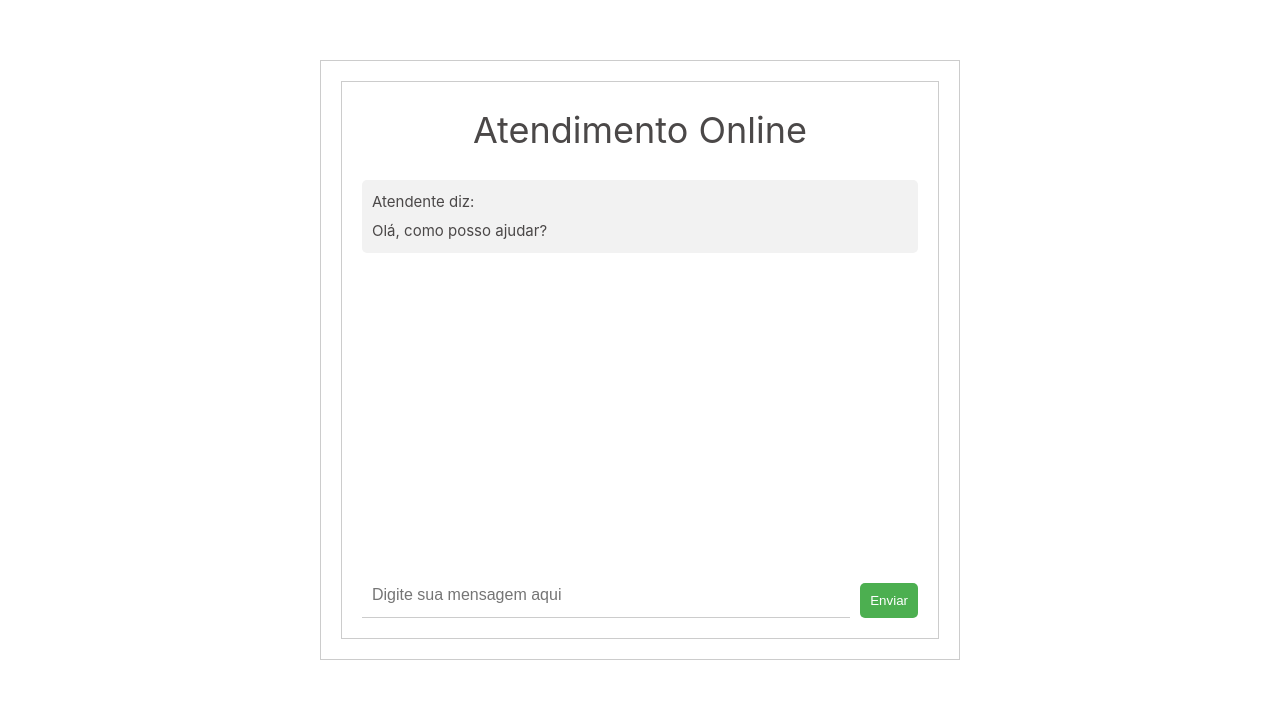
Repository: GabrielGuinzani/vueChat
Page: /
An editor plug-in stored every save of this project. The page is shown before and after the next save, followed by the edit.
The browser window is 1280 px wide. The pictures show the whole page.
Some web libraries are served in a nearby version. The project was rebuilt for these pictures with package versions that can differ from the ones it lists, and the page was loaded fresh each time. Also part of the build but not shown: vite.config.js.

Above is the page before, as saved 2023-04-19 12:03:10.

After the next save:
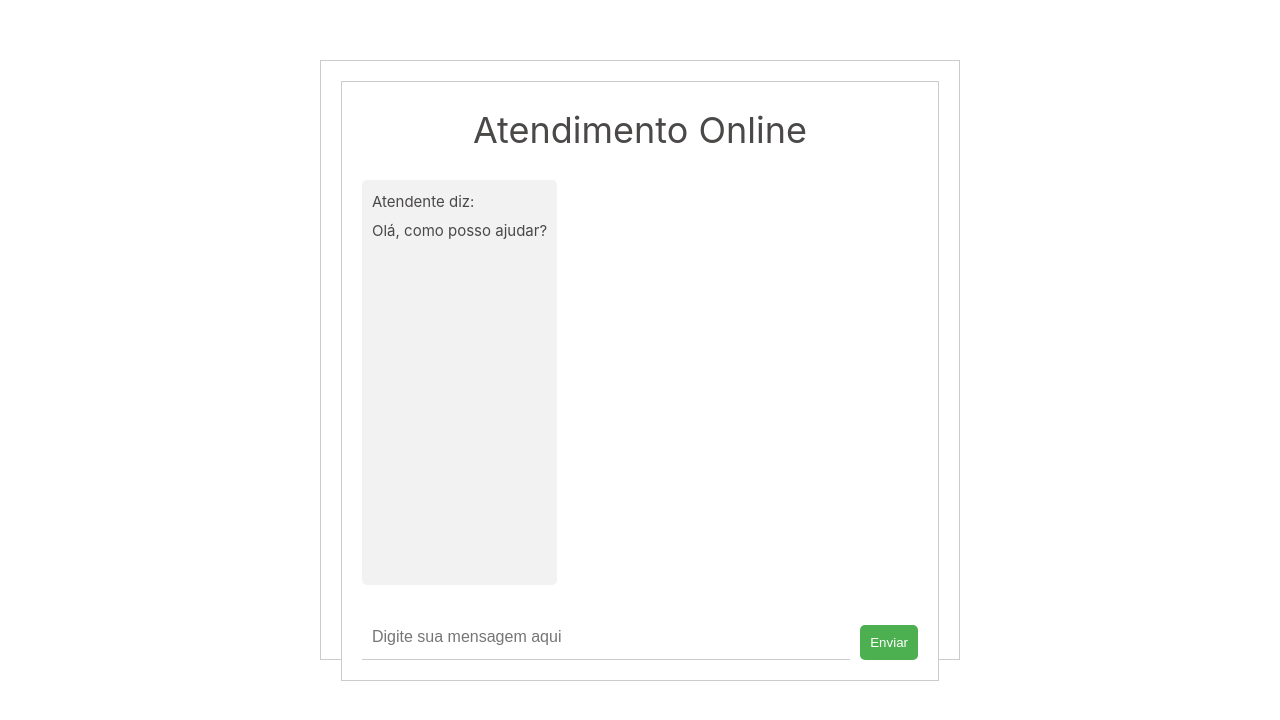
Saved 32 s later.
--- a/src/App.vue
+++ b/src/App.vue
@@ -81,7 +81,7 @@
 }
 
 .messages-list {
-  flex: 1;
+  display: flex;
   overflow-y: auto;
   width: inherit;
   height: 500px;

After the save that followed:
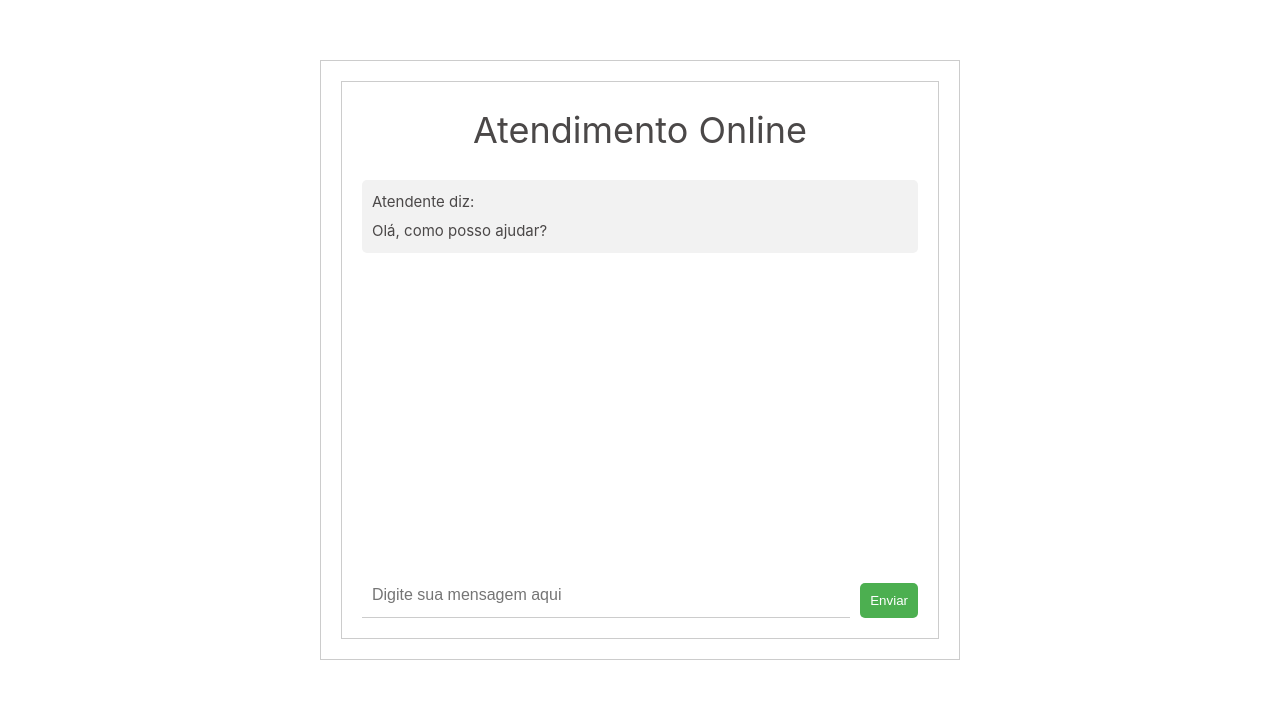
Saved 8 s later.
--- a/src/App.vue
+++ b/src/App.vue
@@ -81,7 +81,7 @@
 }
 
 .messages-list {
-  display: flex;
+  flex: 1;
   overflow-y: auto;
   width: inherit;
   height: 500px;
